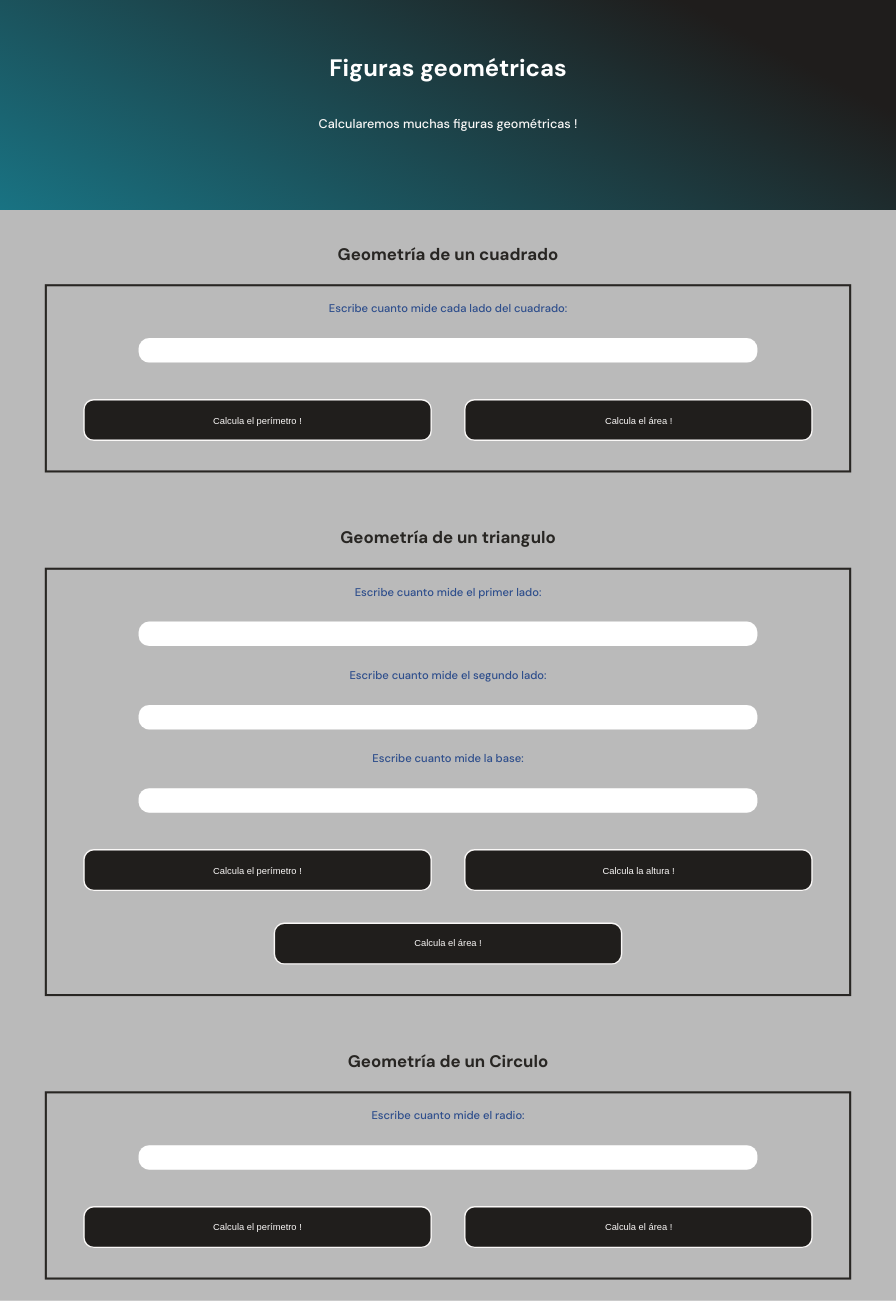
Repository: ChristianGecchelin/javascript-project
Page: javascript-project/figuras-geometricas/figuras.html
An editor plug-in stored every save of this project. The page is shown before and after the next save, followed by the edit.
The browser window is 1280 px wide. The pictures show the whole page, at 70% of full size.

Above is the page before, as saved 2021-12-02 00:37:16.

After the next save:
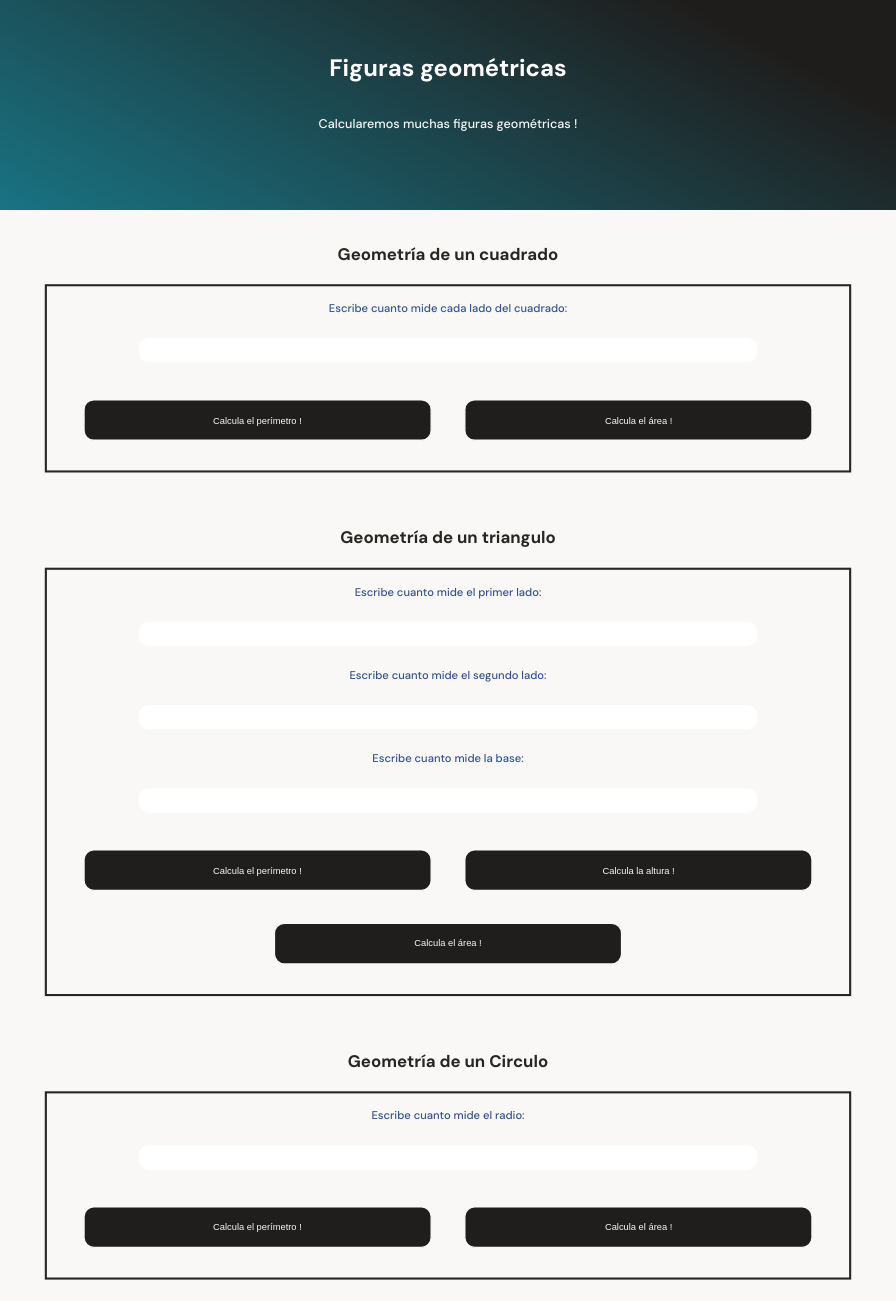
Saved 57 s later.
--- a/javascript-project/figuras-geometricas/style.css
+++ b/javascript-project/figuras-geometricas/style.css
@@ -54,7 +54,7 @@ header .header--title-container p {
 main {
   width: 100%;
   height: auto;
-  background-color: var(--grey);
+  background-color: var(--off-white);
   min-width: 320px;
 }
 .main-calculadora-contenedor {
